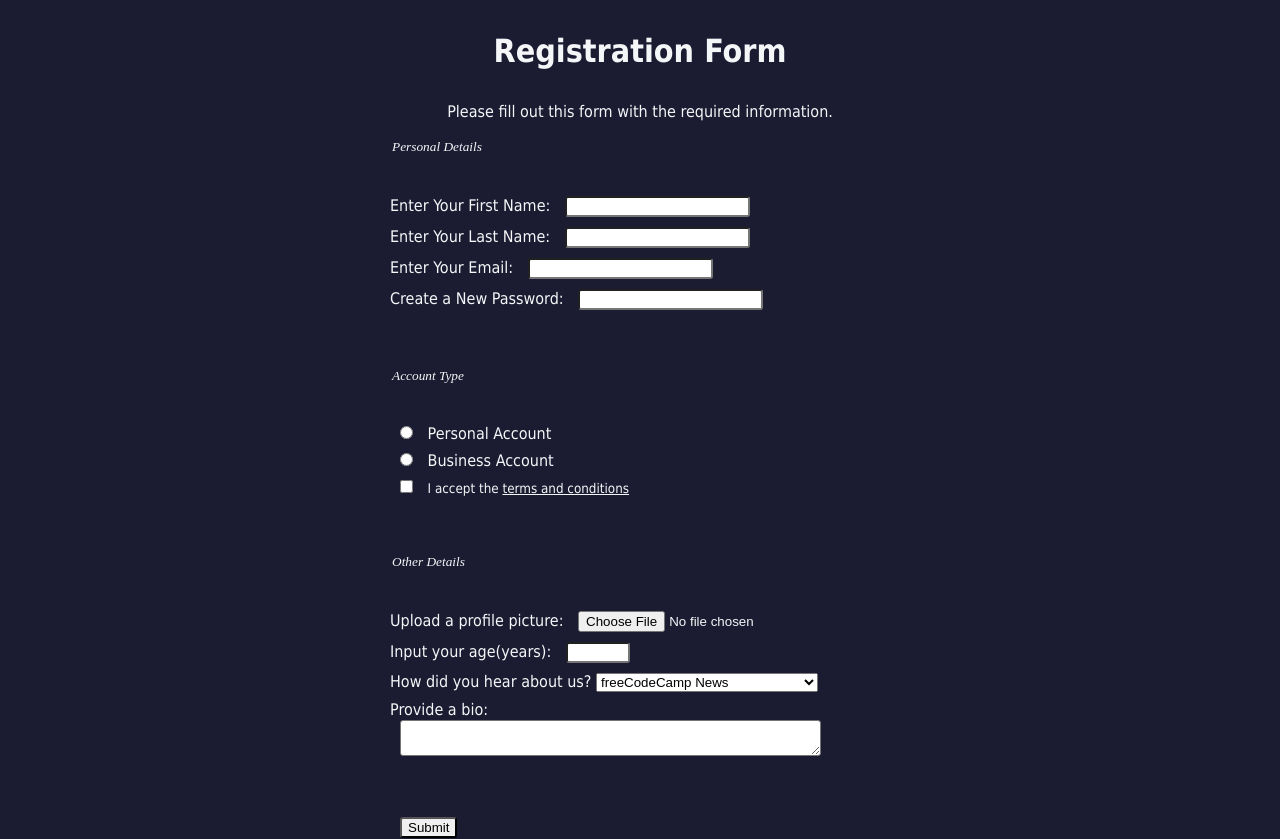
Repository: Lungdjos/registration_form
Page: index.html
The author's editor kept a copy of each file at every save. The page is drawn from the files as they stood at one save, then again after the next save.
The browser window is 1280 px wide. The pictures show the whole page.

Above is the page before, as saved 2023-09-29 09:02:36.

After the next save:
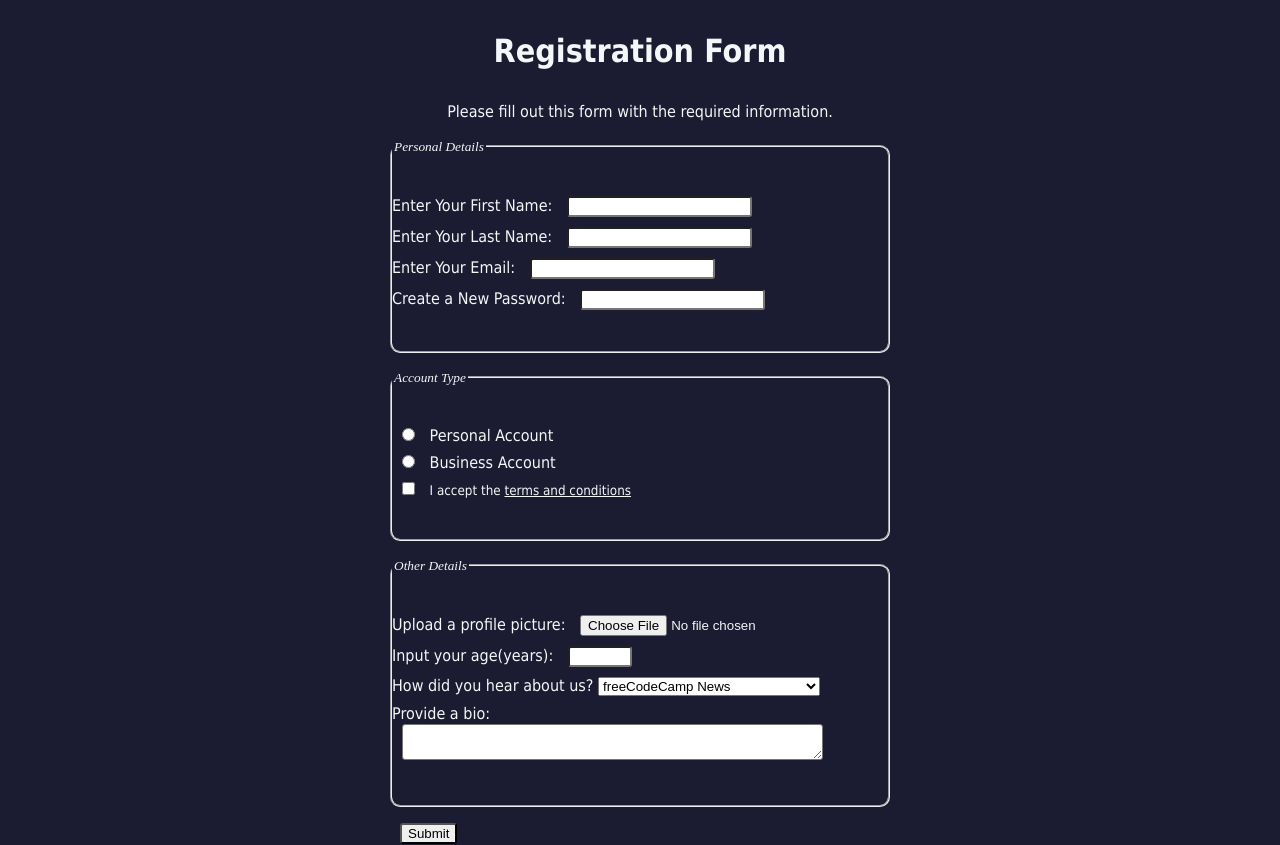
Saved 3 min 42 s later.
--- a/indexStyles.css
+++ b/indexStyles.css
@@ -27,7 +27,7 @@ form {
 fieldset {
     margin: 15px 0px 15px 0px;
     border-radius: 10px;
-    border: none;
+    /* border: none; */
     padding: 2rem 0rem 2rem 0rem;
 }
 
